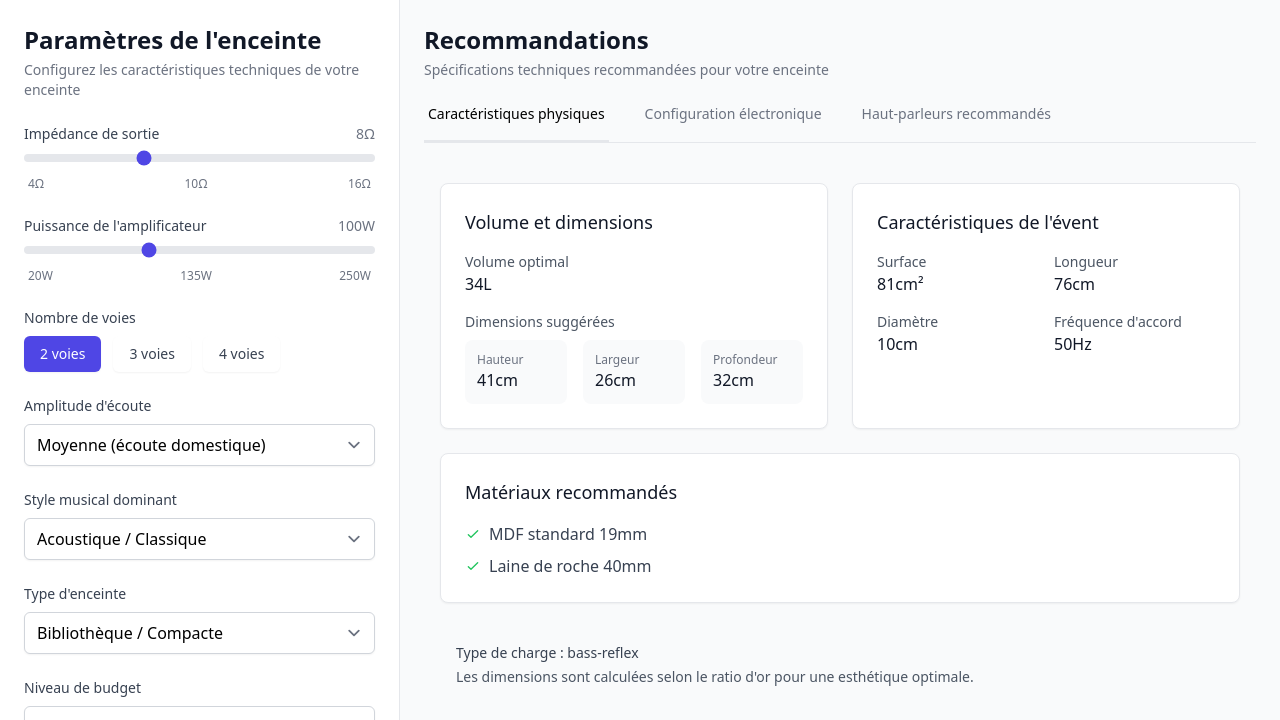
Repository: flobutbut/AcuoTune
Page: /#/
The author's editor kept a copy of each file at every save. The page is drawn from the files as they stood at one save, then again after the next save.
The browser window is 1280 px wide. The pictures show the whole page.
The project was rebuilt for these pictures with package versions that can differ from the ones it lists, and the page was loaded fresh each time. Also part of the build but not shown: vite.config.ts, src/utils/calculations/electronic.ts, src/utils/calculations/frequency-response.ts, src/components/configurateur/FrequencyResponseChart.vue, src/components/configurateur/recommendations/ElectronicTab.vue, src/components/configurateur/recommendations/SpeakersTab.vue.

Above is the page before, as saved 2025-02-28 16:07:44.

### src/main.ts
import './assets/main.css'

import { createApp } from 'vue'
import { createPinia } from 'pinia'
import App from './App.vue'
import router from './router'

// Pour le débogage
console.log('Initializing app...')

const app = createApp(App)
const pinia = createPinia()

// Pour le débogage
app.config.errorHandler = (err, instance, info) => {
  console.error('Vue Error:', err)
  console.log('Component:', instance)
  console.log('Info:', info)
}

app.use(pinia)
app.use(router)

app.mount('#app')

// Pour le débogage
console.log('App mounted')

### src/App.vue
<script setup lang="ts">
import { RouterView } from 'vue-router'
</script>

<template>
  <RouterView />
</template>

<style>
#app {
  height: 100vh;
  width: 100vw;
}
</style>

### src/router/index.ts
import { createRouter, createWebHashHistory } from 'vue-router'
import ConfigurateurView from '../views/ConfigurateurView.vue'

const base = process.env.NODE_ENV === 'production' ? '/AcuoTune/' : '/'

const router = createRouter({
  history: createWebHashHistory(base),
  routes: [
    {
      path: '/',
      name: 'home',
      component: ConfigurateurView
    }
  ]
})

export default router

### src/views/ConfigurateurView.vue
<script setup lang="ts">
import ConfigurationPanel from '@/components/configurateur/ConfigurationPanel.vue'
import RecommendationsPanel from '@/components/configurateur/RecommendationsPanel.vue'
</script>

<template>
  <div class="flex h-screen bg-gray-50">
    <!-- Colonne de gauche - Configuration -->
    <div class="w-[400px] min-w-[400px] overflow-y-auto border-r border-gray-200 bg-white">
      <ConfigurationPanel />
    </div>

    <!-- Colonne de droite - Recommandations -->
    <div class="flex-1 overflow-y-auto">
      <RecommendationsPanel />
    </div>
  </div>
</template>

<style>
/* Supprimer les marges par défaut */
body {
  margin: 0;
  padding: 0;
}

/* Assurer que l'app prend toute la hauteur */
#app {
  height: 100vh;
}
</style>

### src/components/configurateur/controls/RangeInput.vue
<script setup lang="ts">
defineProps<{
  label: string
  name: string
  value: number
  min: number
  max: number
  step: number
  unit?: string
}>()

defineEmits<{
  (e: 'update', event: Event): void
}>()
</script>

<template>
  <div class="space-y-2">
    <!-- Label et valeur actuelle -->
    <div class="flex justify-between items-center">
      <label :for="name" class="block text-sm font-medium text-gray-700">
        {{ label }}
      </label>
      <span class="text-sm text-gray-500">
        {{ value }}{{ unit }}
      </span>
    </div>

    <!-- Input range -->
    <input
      :id="name"
      type="range"
      :name="name"
      :min="min"
      :max="max"
      :step="step"
      :value="value"
      @input="$emit('update', $event)"
      class="w-full h-2 bg-gray-200 rounded-lg appearance-none cursor-pointer
             dark:bg-gray-700 accent-indigo-600 focus:outline-none focus:ring-2
             focus:ring-indigo-500 focus:ring-offset-2"
    />

    <!-- Valeurs min/max -->
    <div class="flex justify-between px-1">
      <span class="text-xs text-gray-500">{{ min }}{{ unit }}</span>
      <span class="text-xs text-gray-500">{{ Math.round((max + min) / 2) }}{{ unit }}</span>
      <span class="text-xs text-gray-500">{{ max }}{{ unit }}</span>
    </div>
  </div>
</template>

### src/components/configurateur/controls/SelectInput.vue
<script setup lang="ts">
interface Option {
  value: string
  label: string
}

defineProps<{
  label: string
  name: string
  value: string
  options: Option[]
}>()

defineEmits<{
  (e: 'update', event: Event): void
}>()
</script>

<template>
  <div class="space-y-2">
    <label :for="name" class="block text-sm font-medium text-gray-700">
      {{ label }}
    </label>
    <select
      :id="name"
      :name="name"
      :value="value"
      @change="$emit('update', $event)"
      class="mt-1 block w-full rounded-md border-gray-300 py-2 pl-3 pr-10 text-base
             focus:border-indigo-500 focus:outline-none focus:ring-indigo-500
             bg-white shadow-sm"
    >
      <option
        v-for="option in options"
        :key="option.value"
        :value="option.value"
        class="text-gray-900"
      >
        {{ option.label }}
      </option>
    </select>
  </div>
</template>

### src/constants/configurateur.ts
export const IMPEDANCE_OPTIONS = {
  min: 4,
  max: 16,
  step: 4
}

export const PUISSANCE_OPTIONS = {
  min: 20,
  max: 250,
  step: 10
}

export const AMPLITUDE_ECOUTE_OPTIONS = [
  { value: 'faible', label: 'Faible (écoute de proximité)' },
  { value: 'moyenne', label: 'Moyenne (écoute domestique)' },
  { value: 'forte', label: 'Forte (home-cinéma, fêtes)' }
]

export const STYLE_MUSICAL_OPTIONS = [
  { value: 'neutre', label: 'Neutre / Polyvalent' },
  { value: 'hifi', label: 'Hi-Fi / Audiophile' },
  { value: 'bass', label: 'Bass heavy (Electronic, Hip-hop)' },
  { value: 'acoustique', label: 'Acoustique / Classique' }
]

export const TYPE_ENCEINTE_OPTIONS = [
  { value: 'bibliothèque', label: 'Bibliothèque / Compacte' },
  { value: 'colonne', label: 'Colonne' },
  { value: 'monitoring', label: 'Monitoring' }
]

export const BUDGET_NIVEAU_OPTIONS = [
  { value: 'économique', label: 'Économique' },
  { value: 'moyen', label: 'Moyen' },
  { value: 'élevé', label: 'Élevé' }
]

export const DISTANCE_MUR_OPTIONS = [
  { value: 'proche', label: 'Proche (< 20cm)' },
  { value: 'moyenne', label: 'Moyenne (20-40cm)' },
  { value: 'éloignée', label: 'Éloignée (> 40cm)' }
]

export const UTILISATION_OPTIONS = [
  { value: 'musique', label: 'Musique' },
  { value: 'homecinema', label: 'Home-cinéma' },
  { value: 'mixte', label: 'Mixte (Musique + Home-cinéma)' },
  { value: 'studio', label: 'Production / Mixage studio' }
]

export const TYPE_CHARGE_OPTIONS = [
  { value: 'clos', label: 'Clos' },
  { value: 'bass-reflex', label: 'Bass-reflex' },
  { value: 'double-bass-reflex', label: 'Double Bass-reflex' }
]

export const PENTE_FILTRE_OPTIONS = [
  { value: '12', label: '12 dB/octave' },
  { value: '18', label: '18 dB/octave' },
  { value: '24', label: '24 dB/octave' }
]

export const FACTEUR_QUALITE_OPTIONS = [
  { value: '0.5', label: 'Q = 0.5 (Sous-amorti)' },
  { value: '0.707', label: 'Q = 0.707 (Butterworth)' },
  { value: '1.0', label: 'Q = 1.0 (Sur-amorti)' }
]

### src/utils/calculations/acoustic.ts
import type { Config } from '@/types/configurateur'

interface AcousticParams {
  // Paramètres de base
  impedance: number
  puissanceAmp: number
  nombreVoies: number
  amplitudeEcoute: string
  styleMusical: string
  typeEnceinte: string
  utilisationPrincipale: string

  // Paramètres avancés
  typeCharge: string
  penteFiltre: number
  freqCoupure: number[]
  accordEvent: number
  facteurQualite: number
}

interface AcousticResult {
  volumeOptimal: number      // Volume optimal en litres
  frequenceAccord: number    // Fréquence d'accord en Hz
  facteurQualite: number    // Facteur de qualité calculé
  frequenceResonance: number // Fréquence de résonance en Hz
  rendementBasse: number     // Rendement dans les basses en dB
  puissanceMax: number       // Puissance maximale admissible en W
}

interface AcousticParameters {
  volumeOptimal: number
  frequenceAccord: number
  facteurQualite: number
  frequenceResonance: number
  rendementBasse: number
  puissanceMax: number
  freqCoupure: string[]
}

export class AcousticCalculator {
  private readonly REFERENCE_LEVEL = 89 // Niveau de référence en dB

  constructor(private params: AcousticParams) {}

  private calculateDampingFactor(): number {
    // Facteur d'amortissement basé sur l'impédance
    return 8 / this.params.impedance
  }

  private calculatePowerResponse(): number {
    // Correction du niveau selon la puissance
    return Math.min(3, Math.log10(this.params.puissanceAmp / 100) * 3)
  }

  private calculateAmplitudeCorrection(f: number): number {
    // Courbes de Fletcher-Munson simplifiées
    const corrections = {
      'faible': {
        bass: -6,
        treble: -3,
        transition: 0.7
      },
      'moyenne': {
        bass: -3,
        treble: -1,
        transition: 0.85
      },
      'forte': {
        bass: 0,
        treble: 0,
        transition: 1
      }
    }

    const correction = corrections[this.params.amplitudeEcoute as keyof typeof corrections]
    const bassWeight = Math.min(1, Math.pow(f / 1000, 0.5))
    return correction.bass * (1 - bassWeight) + correction.treble * bassWeight
  }

  private calculateStyleCorrection(f: number): number {
    const styleCorrections = {
      'neutre': 0,
      'hifi': f < 100 ? -2 : f > 5000 ? 1 : 0,
      'bass': f < 200 ? 3 : f > 2000 ? -1 : 0,
      'acoustique': f < 100 ? -3 : f > 3000 ? 2 : 0
    }
    return styleCorrections[this.params.styleMusical as keyof typeof styleCorrections] || 0
  }

  private calculateEnclosureResponse(f: number): number {
    const enclosureTypes = {
      'bibliothèque': {
        lowFreqLimit: 45,
        highFreqBoost: 0
      },
      'colonne': {
        lowFreqLimit: 35,
        highFreqBoost: -1
      },
      'monitoring': {
        lowFreqLimit: 40,
        highFreqBoost: 1
      }
    }

    const enclosure = enclosureTypes[this.params.typeEnceinte as keyof typeof enclosureTypes]
    const lowFreqRolloff = f < enclosure.lowFreqLimit ?
      -12 * Math.log2(enclosure.lowFreqLimit / f) : 0

    return lowFreqRolloff + enclosure.highFreqBoost
  }

  private calculateLoadResponse(f: number): number {
    const fb = this.params.accordEvent
    const q = this.params.facteurQualite

    switch(this.params.typeCharge) {
      case 'clos':
        // Réponse close avec Q
        return 20 * Math.log10(
          Math.pow(f/fb, 2) / Math.sqrt(
            Math.pow(1 - Math.pow(f/fb, 2), 2) +
            Math.pow(f/(fb * q), 2)
          )
        )

      case 'bass-reflex':
        // Réponse bass-reflex avec Q
        const w = f/fb
        return 20 * Math.log10(
          Math.pow(w, 4) / Math.sqrt(
            Math.pow(Math.pow(w, 4) - 1, 2) +
            Math.pow(w * w/q, 2)
          )
        )

      case 'double-bass-reflex':
        // Double bass-reflex avec deux accords
        const w1 = f/fb
        const w2 = f/(fb * 1.2)
        const resp1 = this.calculateLoadResponse(f)
        const resp2 = 20 * Math.log10(
          Math.pow(w2, 4) / Math.sqrt(
            Math.pow(Math.pow(w2, 4) - 1, 2) +
            Math.pow(w2 * w2/q, 2)
          )
        )
        return 10 * Math.log10(Math.pow(10, resp1/10) + Math.pow(10, resp2/10))

      default:
        return 0
    }
  }

  private calculateCrossoverResponse(f: number, voieIndex: number): number {
    const slope = this.params.penteFiltre / 6 // Conversion en ordre du filtre
    const freqs = this.params.freqCoupure
    let response = 0

    // Fonction de transfert du filtre avec phase
    const filterResponse = (f: number, fc: number, isHighPass: boolean): number => {
      const w = f / fc
      const order = slope

      if (isHighPass) {
        // Filtre passe-haut avec résonance
        return 20 * Math.log10(
          Math.pow(w, 2 * order) /
          Math.sqrt(
            Math.pow(1 + Math.pow(w, 2 * order), 2)
          )
        )
      } else {
        // Filtre passe-bas avec résonance
        return 20 * Math.log10(
          1 /
          Math.sqrt(
            Math.pow(1 + Math.pow(w, 2 * order), 2)
          )
        )
      }
    }

    // Application des filtres selon la voie
    if (voieIndex === 0) {
      // Woofer : passe-bas
      response += filterResponse(f, freqs[0], false)
    } else if (voieIndex === this.params.nombreVoies - 1) {
      // Tweeter : passe-haut
      response += filterResponse(f, freqs[freqs.length - 1], true)
    } else {
      // Voies médium : passe-bande
      response += filterResponse(f, freqs[voieIndex - 1], true)
      response += filterResponse(f, freqs[voieIndex], false)
    }

    // Ajout d'une légère résonance à la fréquence de coupure
    const q = 0.707 // Facteur Q du filtre
    for (const fc of freqs) {
      if (Math.abs(Math.log2(f/fc)) < 1) {
        response += q * Math.exp(-Math.pow(Math.log2(f/fc), 2)) * 0.5
      }
    }

    return response
  }

  public calculateSystemResponse(f: number): {
    individual: number[];
    global: number;
  } {
    // Calcul des corrections globales
    const dampingCorrection = this.calculateDampingFactor()
    const powerCorrection = this.calculatePowerResponse()
    const amplitudeCorrection = this.calculateAmplitudeCorrection(f)
    const styleCorrection = this.calculateStyleCorrection(f)
    const enclosureResponse = this.calculateEnclosureResponse(f)

    // Réponses individuelles des voies
    const individual = Array(this.params.nombreVoies).fill(0).map((_, index) => {
      let response = this.REFERENCE_LEVEL

      // Applique les corrections globales
      response += powerCorrection
      response += amplitudeCorrection
      response += styleCorrection
      response += enclosureResponse

      // Applique la réponse du type de charge (uniquement pour le woofer)
      if (index === 0 && f < 500) {
        response += this.calculateLoadResponse(f)
      }

      // Applique les filtres
      response += this.calculateCrossoverResponse(f, index)

      return Math.max(70, Math.min(95, response))
    })

    // Calcul de la réponse globale
    const global = 10 * Math.log10(
      individual.reduce((sum, resp) => sum + Math.pow(10, resp/10), 0)
    )

    return {
      individual,
      global: Math.max(70, Math.min(95, global))
    }
  }
}

export function calculateAcoustic(config: Config): AcousticParameters {
  console.log('Calculating acoustic parameters for:', config)

  // Calcul du volume optimal
  const volumeOptimal = calculateOptimalVolume(config)

  // Calcul de la fréquence d'accord
  const frequenceAccord = config.typeCharge === 'clos'
    ? 0
    : config.accordEvent || calculateDefaultAccordFrequency(config)

  // Autres calculs
  const facteurQualite = config.facteurQualite
  const frequenceResonance = calculateResonanceFrequency(config)
  const rendementBasse = calculateBassEfficiency(volumeOptimal)
  const puissanceMax = calculateMaxPower(config)
  const freqCoupure = calculateCrossoverFrequencies(config)

  const result: AcousticParameters = {
    volumeOptimal,
    frequenceAccord,
    facteurQualite,
    frequenceResonance,
    rendementBasse,
    puissanceMax,
    freqCoupure
  }

  console.log('Acoustic calculation result:', result)
  return result
}

function calculateOptimalVolume(config: Config): number {
  // Volume de base selon la puissance
  let volume = config.puissanceAmp * 0.3 // 0.3L par watt comme base

  // Ajustements selon le type d'enceinte
  const volumeMultipliers: Record<string, number> = {
    'bibliothèque': 0.8,
    'colonne': 1.2,
    'monitoring': 1.0
  }
  volume *= volumeMultipliers[config.typeEnceinte] || 1

  // Ajustements selon le type de charge
  if (config.typeCharge === 'bass-reflex') {
    volume *= 1.4
  } else if (config.typeCharge === 'double-bass-reflex') {
    volume *= 1.8
  }

  return Math.round(volume)
}

function calculateDefaultAccordFrequency(config: Config): number {
  // Fréquence d'accord par défaut
  const baseFreq = config.typeEnceinte === 'bibliothèque' ? 50 : 40

  // Ajustements selon le style musical
  const freqMultipliers: Record<string, number> = {
    'bass': 0.9,
    'hifi': 1.1,
    'neutre': 1.0
  }

  return Math.round(baseFreq * (freqMultipliers[config.styleMusical] || 1))
}

function calculateResonanceFrequency(config: Config): number {
  // Fréquence de résonance de base
  const baseFreq = config.typeCharge === 'clos' ? 45 : 35

  // Ajustements selon le type d'enceinte
  return Math.round(baseFreq * (config.typeEnceinte === 'bibliothèque' ? 1.2 : 1.0))
}

function calculateBassEfficiency(volume: number): number {
  // Rendement selon le volume
  return Math.round((85 + Math.log10(volume) * 3) * 10) / 10
}

function calculateMaxPower(config: Config): number {
  // Puissance maximale selon la configuration
  let power = config.puissanceAmp * 1.5

  // Ajustements selon l'amplitude d'écoute
  const powerMultipliers: Record<string, number> = {
    'faible': 1.2,
    'moyenne': 1.5,
    'forte': 1.8
  }

  return Math.round(power * (powerMultipliers[config.amplitudeEcoute] || 1.5))
}

function calculateCrossoverFrequencies(config: Config): string[] {
  if (config.showAdvanced) {
    return config.freqCoupureManuelle.map(f => `${f} Hz`)
  }

  const freqs: number[] = []
  switch (config.nombreVoies) {
    case 2:
      freqs.push(config.styleMusical === 'bass' ? 2500 : 3000)
      break
    case 3:
      freqs.push(
        config.styleMusical === 'bass' ? 400 : 500,
        config.styleMusical === 'bass' ? 2500 : 3000
      )
      break
    case 4:
      freqs.push(
        config.styleMusical === 'bass' ? 200 : 250,
        config.styleMusical === 'bass' ? 800 : 1000,
        config.styleMusical === 'bass' ? 2500 : 3000
      )
      break
  }
  return freqs.map(f => `${f} Hz`)
}

Loaded but not shown: index.html (common file); src/assets/main.css (common file); tailwind.config.js (13 lines, source omitted); src/components/configurateur/ConfigurationPanel.vue (306 lines, source omitted); src/utils/calculations/physical.ts (240 lines, source omitted); src/stores/configurateur.ts (192 lines, source omitted); src/components/configurateur/recommendations/PhysicalTab.vue (104 lines, source omitted); src/components/configurateur/RecommendationsPanel.vue (92 lines, source omitted)

After the next save:
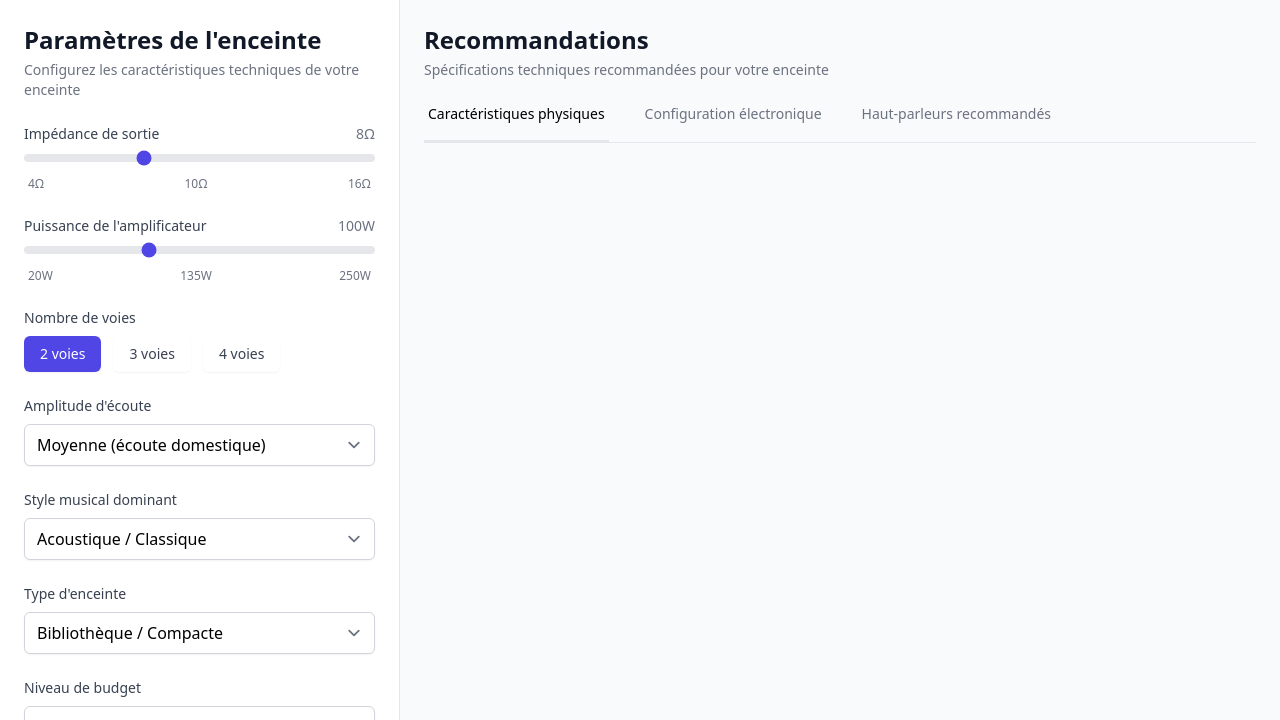
Saved 113 s later.
--- a/src/utils/calculations/acoustic.ts
+++ b/src/utils/calculations/acoustic.ts
@@ -249,32 +249,40 @@
   }
 }
 
-export function calculateAcoustic(config: Config): AcousticParameters {
+export function calculateAcoustic(config: Config, electronicParams?: ElectronicParams) {
   console.log('Calculating acoustic parameters for:', config)
 
-  // Calcul du volume optimal
-  const volumeOptimal = calculateOptimalVolume(config)
-
-  // Calcul de la fréquence d'accord
-  const frequenceAccord = config.typeCharge === 'clos'
-    ? 0
-    : config.accordEvent || calculateDefaultAccordFrequency(config)
-
-  // Autres calculs
-  const facteurQualite = config.facteurQualite
+  // Récupération du facteur de qualité depuis la config
+  const facteurQ = parseFloat(config.facteurQualite.toString())
+
+  // Utilisation du facteur Q dans les calculs
+  let volumeOptimal = calculateBaseVolume(config)
+
+  // Ajustement du volume en fonction du facteur Q
+  if (facteurQ <= 0.6) {
+    // Pour un son plus neutre, on réduit légèrement le volume
+    volumeOptimal *= 0.9
+  } else if (facteurQ >= 0.9) {
+    // Pour plus d'impact, on augmente légèrement le volume
+    volumeOptimal *= 1.2
+  }
+
+  // Ajustement de la fréquence de résonance en fonction du facteur Q
   const frequenceResonance = calculateResonanceFrequency(config)
-  const rendementBasse = calculateBassEfficiency(volumeOptimal)
-  const puissanceMax = calculateMaxPower(config)
-  const freqCoupure = calculateCrossoverFrequencies(config)
-
-  const result: AcousticParameters = {
+  const frequenceResonanceAjustee = facteurQ >= 0.9
+    ? frequenceResonance * 0.9  // Plus bas pour plus d'impact
+    : facteurQ <= 0.6
+      ? frequenceResonance * 1.1  // Plus haut pour plus de neutralité
+      : frequenceResonance
+
+  const result = {
     volumeOptimal,
-    frequenceAccord,
-    facteurQualite,
-    frequenceResonance,
-    rendementBasse,
-    puissanceMax,
-    freqCoupure
+    frequenceAccord: config.typeCharge === 'clos' ? 0 : frequenceResonanceAjustee,
+    facteurQualite: facteurQ,
+    frequenceResonance: frequenceResonanceAjustee,
+    rendementBasse: calculateBassSensitivity(config),
+    puissanceMax: calculateMaxPower(config),
+    freqCoupure: electronicParams?.frequencesCoupure || []
   }
 
   console.log('Acoustic calculation result:', result)

After the save that followed:
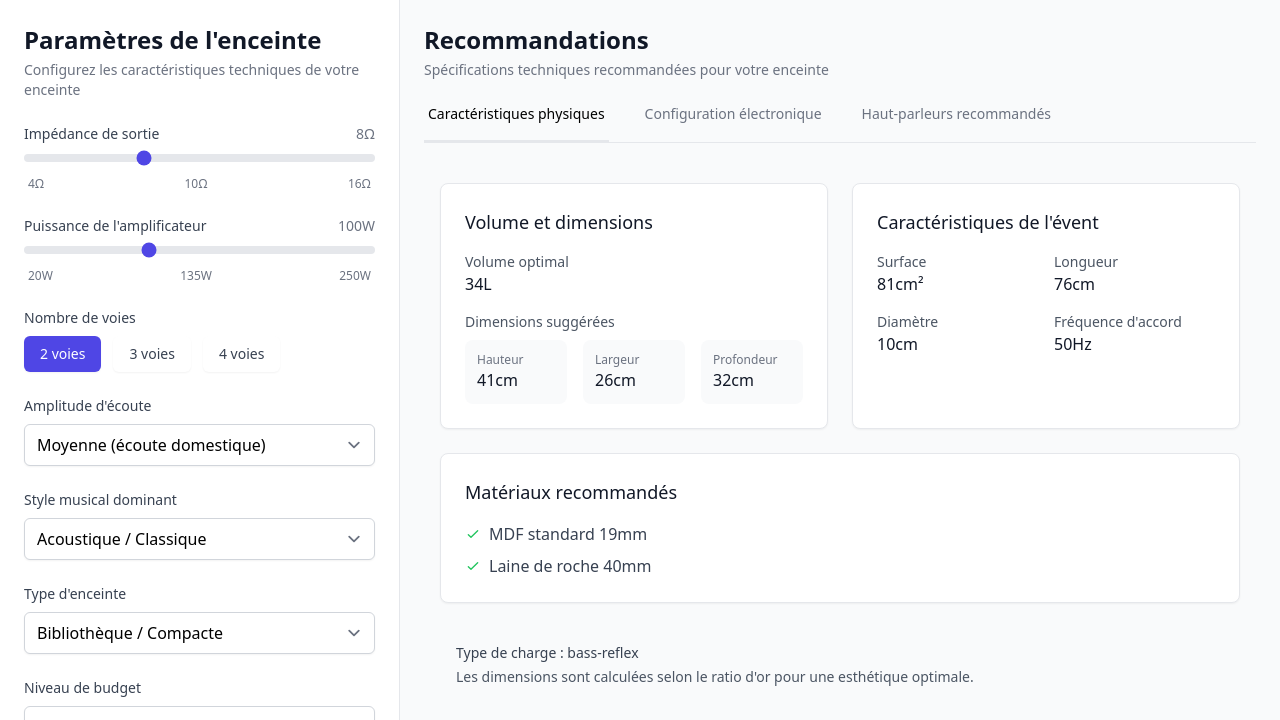
Saved 13 s later.
--- a/src/utils/calculations/acoustic.ts
+++ b/src/utils/calculations/acoustic.ts
@@ -249,40 +249,32 @@
   }
 }
 
-export function calculateAcoustic(config: Config, electronicParams?: ElectronicParams) {
+export function calculateAcoustic(config: Config): AcousticParameters {
   console.log('Calculating acoustic parameters for:', config)
 
-  // Récupération du facteur de qualité depuis la config
-  const facteurQ = parseFloat(config.facteurQualite.toString())
-
-  // Utilisation du facteur Q dans les calculs
-  let volumeOptimal = calculateBaseVolume(config)
-
-  // Ajustement du volume en fonction du facteur Q
-  if (facteurQ <= 0.6) {
-    // Pour un son plus neutre, on réduit légèrement le volume
-    volumeOptimal *= 0.9
-  } else if (facteurQ >= 0.9) {
-    // Pour plus d'impact, on augmente légèrement le volume
-    volumeOptimal *= 1.2
-  }
-
-  // Ajustement de la fréquence de résonance en fonction du facteur Q
+  // Calcul du volume optimal
+  const volumeOptimal = calculateOptimalVolume(config)
+
+  // Calcul de la fréquence d'accord
+  const frequenceAccord = config.typeCharge === 'clos'
+    ? 0
+    : config.accordEvent || calculateDefaultAccordFrequency(config)
+
+  // Autres calculs
+  const facteurQualite = config.facteurQualite
   const frequenceResonance = calculateResonanceFrequency(config)
-  const frequenceResonanceAjustee = facteurQ >= 0.9
-    ? frequenceResonance * 0.9  // Plus bas pour plus d'impact
-    : facteurQ <= 0.6
-      ? frequenceResonance * 1.1  // Plus haut pour plus de neutralité
-      : frequenceResonance
-
-  const result = {
+  const rendementBasse = calculateBassEfficiency(volumeOptimal)
+  const puissanceMax = calculateMaxPower(config)
+  const freqCoupure = calculateCrossoverFrequencies(config)
+
+  const result: AcousticParameters = {
     volumeOptimal,
-    frequenceAccord: config.typeCharge === 'clos' ? 0 : frequenceResonanceAjustee,
-    facteurQualite: facteurQ,
-    frequenceResonance: frequenceResonanceAjustee,
-    rendementBasse: calculateBassSensitivity(config),
-    puissanceMax: calculateMaxPower(config),
-    freqCoupure: electronicParams?.frequencesCoupure || []
+    frequenceAccord,
+    facteurQualite,
+    frequenceResonance,
+    rendementBasse,
+    puissanceMax,
+    freqCoupure
   }
 
   console.log('Acoustic calculation result:', result)
